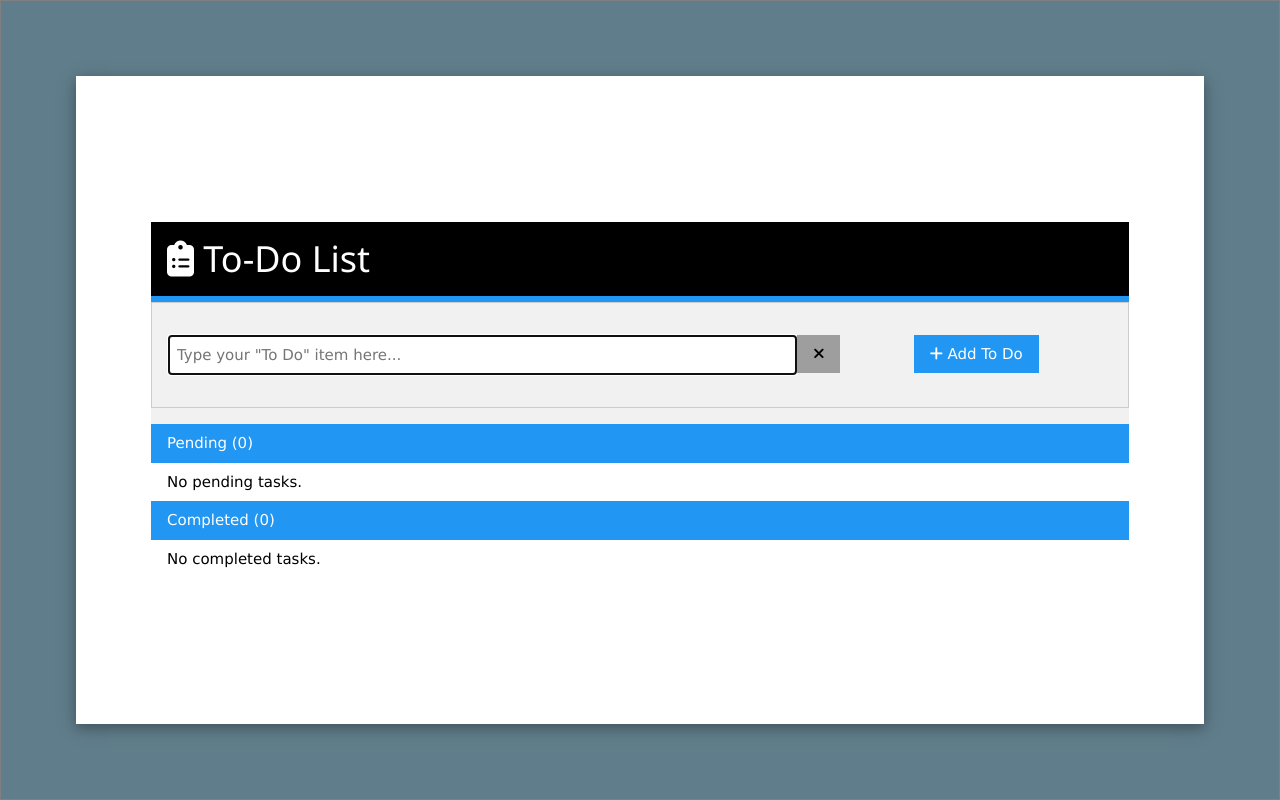
Repository: bclover/vue3-design-patterns-book
Page: /
These files come from the project's save history. The page is drawn as it stood at one moment and after the next save; the edit follows.
The browser window is 1280 px wide. The pictures show the whole page.
The project was rebuilt for these pictures with package versions that can differ from the ones it lists, and the page was loaded fresh each time. Also part of the build but not shown: vite.config.ts.

Above is the page before, as saved 2023-06-19 23:01:06.

### index.html
<!DOCTYPE html>
<html lang="en">
    <head>
        <meta charset="UTF-8" />
        <link rel="icon" type="image/svg+xml" href="/vite.svg" />
        <link rel="stylesheet" href="/css/w3.css" />
        <link rel="stylesheet" href="/css/fontawesome.min.css" />
        <link rel="stylesheet" href="/css/solid.min.css" />
        <link rel="stylesheet" href="/css/brands.min.css" />
        <meta name="viewport" content="width=device-width, initial-scale=1.0" />
        <title>To Do</title>
    </head>
    <body>
        <div id="app"></div>
        <script type="module" src="/src/main.ts"></script>
    </body>
</html>

### src/App.vue
<script lang="ts" setup>
import ToDos from './components/ToDos.vue';
</script>

<template>
  <div class="app w3-blue-gray">
    <ToDos class=""></ToDos>
  </div>
</template>

<style scoped>
.app {
  border: 1px solid grey;
  display: flex;
  justify-content: center;
  width: 100vw;
  min-height: 100vh;
  padding: 5rem;
}
</style>

### src/components/ToDos.vue
<script lang="ts" setup>
import { computed, ref } from 'vue';

interface ToDo {
  id: number;
  text: string;
  checked: boolean;
}
const _todo_text = ref('');
const _todo_list = ref<ToDo[]>([]);
const _pending = computed(() => {
  return _todo_list.value.filter((todo: ToDo) => !todo.checked);
});
const _done = computed(() => {
  return _todo_list.value.filter((todo: ToDo) => todo.checked);
});
function clearToDo(): void {
  _todo_text.value = '';
}
function addToDo() {
  if (_todo_text.value && _todo_text.value !== '') {
    _todo_list.value.push({
      id: new Date().valueOf(),
      text: _todo_text.value,
      checked: false,
    });
    clearToDo();
  }
}
</script>

<template>
  <div class="todo-container w3-white w3-card-4">
    <!-- Header -->
    <div class="w3-container w3-black w3-margin-0 w3-bottombar w3-border-blue">
      <h1>
        <i class="fa-solid fa-clipboard-list"></i>
        To-Do List
      </h1>
    </div>

    <!-- Remove & Add Buttons -->
    <div
      class="w3-container flex-container w3-light-gray w3-padding-32 w3-center w3-border"
    >
      <input
        class="w3-input w3-twothird w3-border"
        type="text"
        autofocus
        v-model="_todo_text"
        @keyup.enter="addToDo()"
        placeholder='Type your "To Do" item here...'
      />
      <button
        class="w3-button w3-gray w3-third"
        style="width: 43px"
        @click="clearToDo()"
      >
        <i class="fa-solid fa-times"></i>
      </button>
      <button class="w3-button w3-blue" @click="addToDo()">
        <i class="fa-solid fa-plus"></i>
        Add To Do
      </button>
    </div>

    <div
      class="w3-container flex-container w3-light-gray w3-padding w3-center"
    ></div>

    <!-- Pending Todos Heading -->
    <div class="w3-padding w3-blue">Pending ({{ _pending.length }})</div>

    <!-- List of Pending Todos -->
    <div class="w3-padding" v-for="todo in _pending" :key="todo.id">
      <label>
        <input type="checkbox" v-model="todo.checked" />
        <span class="w3-margin-left">
          {{ todo.text }}
        </span>
      </label>
    </div>

    <!-- No Pending Tasks -->
    <div class="w3-padding" v-show="_pending.length == 0">
      No pending tasks.
    </div>

    <!-- Completed Todos Heading -->
    <div class="w3-padding w3-blue">Completed ({{ _done.length }})</div>

    <!-- List of Completed Todos -->
    <div class="w3-padding" v-for="todo in _done" :key="todo.id">
      <label>
        <input type="checkbox" v-model="todo.checked" />
        <span class="w3-margin-left">
          {{ todo.text }}
        </span>
      </label>
    </div>

    <!-- No Completed Todos -->
    <div class="w3-padding" v-show="_done.length == 0">No completed tasks.</div>
  </div>
</template>

<style scoped>
.todo-container {
  display: flex;
  flex-direction: column;
  justify-content: center;
  width: 90vw;
  min-height: 90vh;
  padding: 5rem;
}
</style>

Loaded but not shown: src/main.ts (common file); public/css/w3.css (library); public/css/fontawesome.min.css (library); public/css/solid.min.css (common file); public/css/brands.min.css (library)

After the next save:
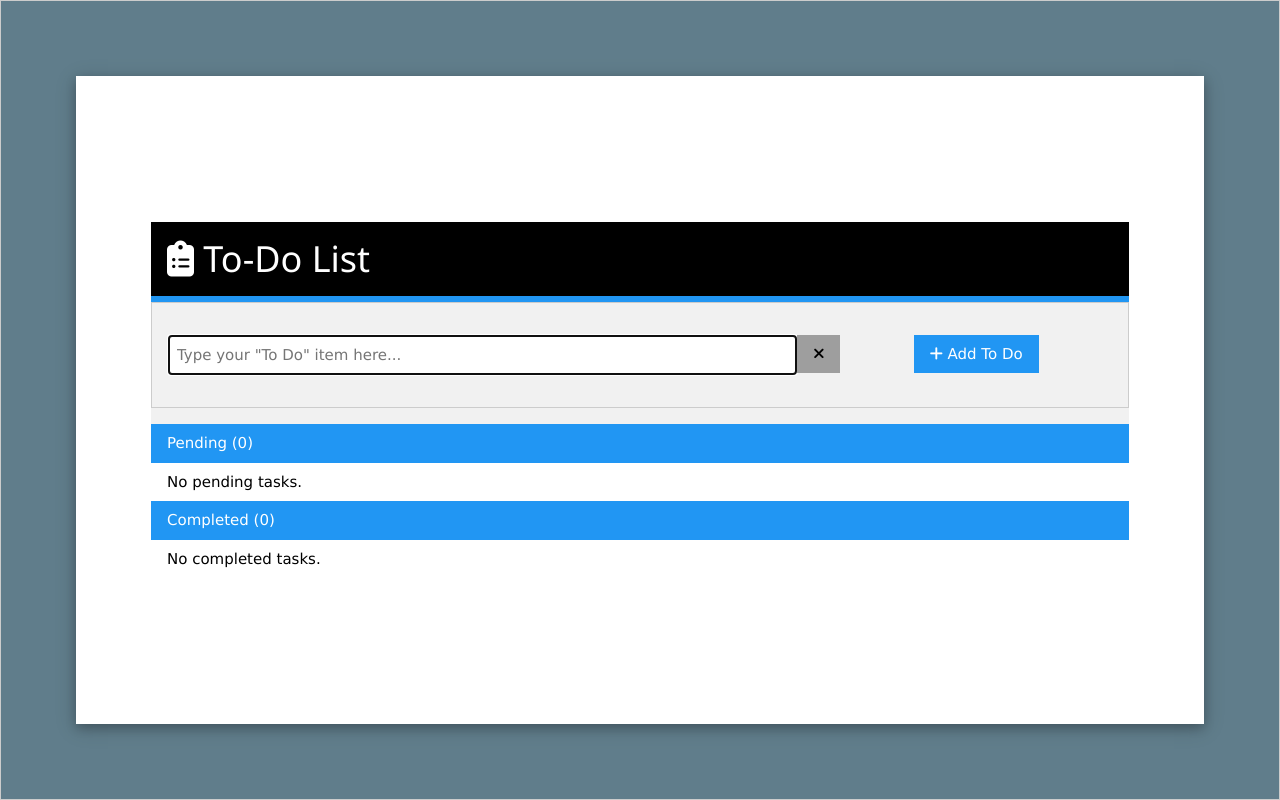
Saved 17 s later.
--- a/src/App.vue
+++ b/src/App.vue
@@ -3,14 +3,13 @@ import ToDos from './components/ToDos.vue';
 </script>
 
 <template>
-  <div class="app w3-blue-gray">
-    <ToDos class=""></ToDos>
+  <div class="app w3-blue-gray w3-border">
+    <ToDos></ToDos>
   </div>
 </template>
 
 <style scoped>
 .app {
-  border: 1px solid grey;
   display: flex;
   justify-content: center;
   width: 100vw;
